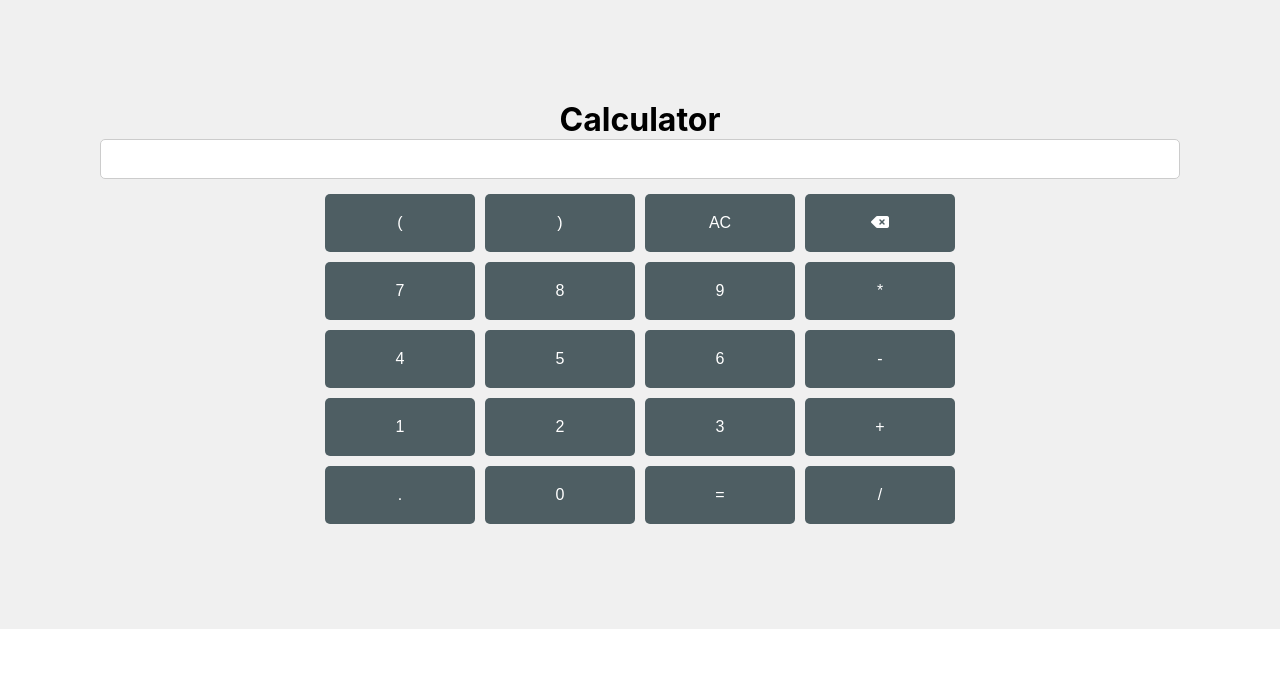
Repository: thesaherriaz/Calculator-React
Page: /
An editor plug-in stored every save of this project. The page is shown before and after the next save, followed by the edit.
The browser window is 1280 px wide. The pictures show the whole page.
The project was rebuilt for these pictures with package versions that can differ from the ones it lists, and the page was loaded fresh each time.

Above is the page before, as saved 2025-06-18 15:14:07.

### public/index.html
<!DOCTYPE html>
<html lang="en">
  <head>
    <meta charset="utf-8" />
    <link rel="icon" href="%PUBLIC_URL%/favicon.ico" />
    <meta name="viewport" content="width=device-width, initial-scale=1" />
    <meta name="theme-color" content="#000000" />
    <meta
      name="description"
      content="Web site created using create-react-app"
    />
    <link rel="apple-touch-icon" href="%PUBLIC_URL%/logo192.png" />
    <link rel="stylesheet" href="https://cdnjs.cloudflare.com/ajax/libs/font-awesome/6.0.0/css/all.min.css">
    <!--
      manifest.json provides metadata used when your web app is installed on a
      user's mobile device or desktop. See https://developers.google.com/web/fundamentals/web-app-manifest/
    -->
    <link rel="manifest" href="%PUBLIC_URL%/manifest.json" />
    <!--
      Notice the use of %PUBLIC_URL% in the tags above.
      It will be replaced with the URL of the `public` folder during the build.
      Only files inside the `public` folder can be referenced from the HTML.

      Unlike "/favicon.ico" or "favicon.ico", "%PUBLIC_URL%/favicon.ico" will
      work correctly both with client-side routing and a non-root public URL.
      Learn how to configure a non-root public URL by running `npm run build`.
    -->
    <title>React App</title>
  </head>
  <body>
    <noscript>You need to enable JavaScript to run this app.</noscript>
    <div id="root"></div>
    <!--
      This HTML file is a template.
      If you open it directly in the browser, you will see an empty page.

      You can add webfonts, meta tags, or analytics to this file.
      The build step will place the bundled scripts into the <body> tag.

      To begin the development, run `npm start` or `yarn start`.
      To create a production bundle, use `npm run build` or `yarn build`.
    -->
  </body>
</html>

### src/App.js
import React from 'react'
import Calculator from './compnents/Calculator'

function App() {
  return (
    <Calculator />
  )
}

export default App

### src/compnents/Calculator.jsx
import React from 'react'
import './Calculator.css'
function Calculator() {
  return (
    <>
        <div className="Calculator">
            <h1>Calculator</h1>
            <input className='input-box' type="text" name="input" id="input" />
            <div>
                <button className='btn-cal'>(</button>
                <button className='btn-cal'>)</button>
                <button className='btn-cal'>AC</button>
                <button className='btn-cal'><i class="fa-solid fa-delete-left"></i></button> <br />
                <button className='btn-cal'>7</button>
                <button className='btn-cal'>8</button>
                <button className='btn-cal'>9</button>
                <button className='btn-cal'>*</button> <br />
                <button className='btn-cal'>4</button>
                <button className='btn-cal'>5</button>
                <button className='btn-cal'>6</button>
                <button className='btn-cal'>-</button> <br />
                <button className='btn-cal'>1</button>
                <button className='btn-cal'>2</button>
                <button className='btn-cal'>3</button>
                <button className='btn-cal'>+</button> <br />
                <button className='btn-cal'>.</button>
                <button className='btn-cal'>0</button>
                <button className='btn-cal'>=</button>
                <button className='btn-cal'>/</button>
            </div>
        </div>
    </>
  )
}

export default Calculator

### src/compnents/Calculator.css
*{
    box-sizing: border-box;
    margin: 0;
    padding: 0;

}
.Calculator {
  display: flex;
  flex-direction: column;
  align-items: center;
  justify-content: center;
  /* height: 100vh; */
  background-color: #f0f0f0;
  padding: 100px;
}
.btn-cal{
  background-color: #4e5e63;
  width: 150px;
  color: white;
  border: none;
  padding: 20px;
  font-size: 16px;
  cursor: pointer;
  border-radius: 5px;
  margin: 5px;
  transition: background-color 0.3s ease;
}

.input-box {
  width: 100%;
  padding: 10px;
  font-size: 16px;
  border: 1px solid #ccc;
  border-radius: 5px;
  margin-bottom: 10px;
}

Loaded but not shown: src/index.js (common file); src/index.css (common file); src/reportWebVitals.js (common file)

After the next save:
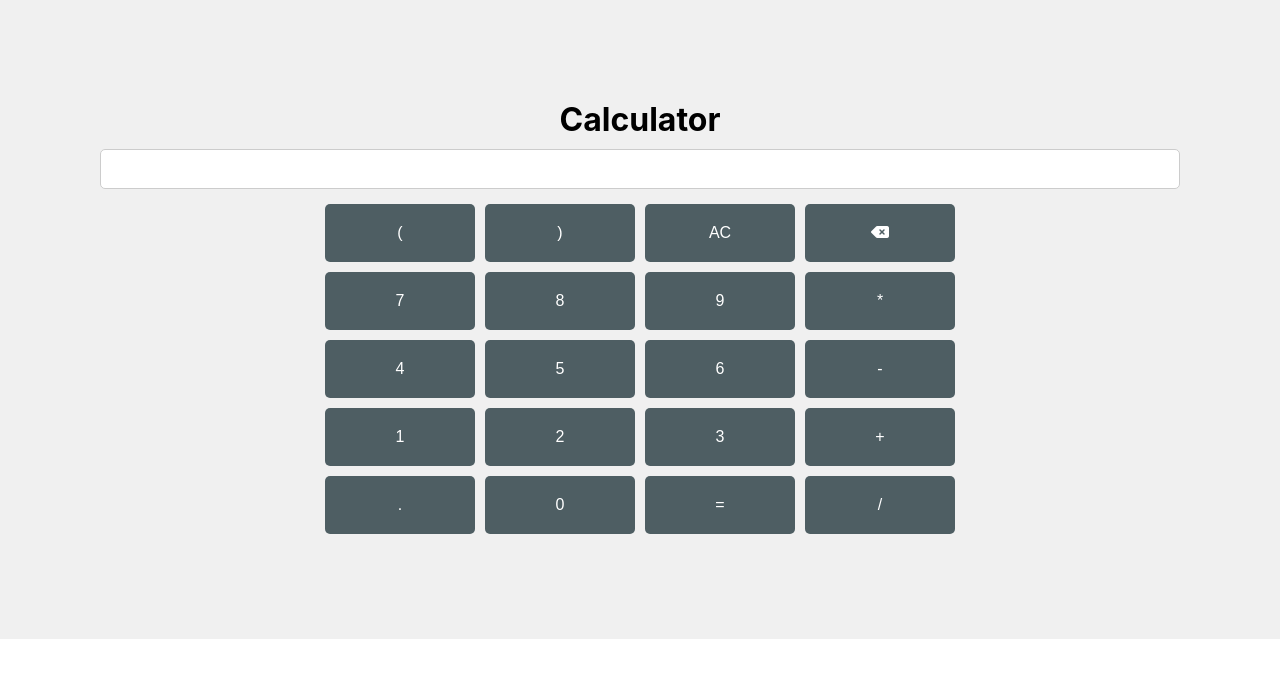
Saved 44 s later.
--- a/src/compnents/Calculator.css
+++ b/src/compnents/Calculator.css
@@ -32,5 +32,5 @@
   font-size: 16px;
   border: 1px solid #ccc;
   border-radius: 5px;
-  margin-bottom: 10px;
+  margin: 10px;
 }
